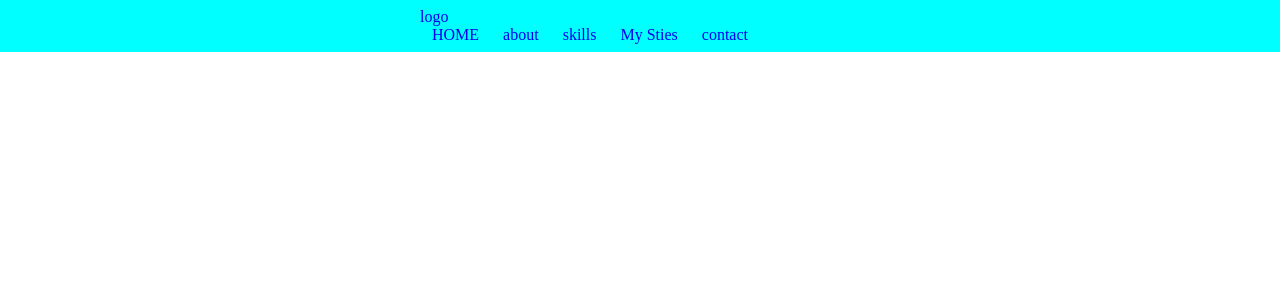
Repository: jun01270/jun
Page: index.html
These files come from the project's save history. The page is drawn as it stood at one moment and after the next save; the edit follows.
The browser window is 1280 px wide. The pictures show the whole page.

Above is the page before, as saved 2023-05-08 15:31:35.

### index.html
<!DOCTYPE html>
<html lang="en">
<head>
    <meta charset="UTF-8">
    <meta http-equiv="X-UA-Compatible" content="IE=edge">
    <meta name="viewport" content="width=device-width, initial-scale=1.0">
    <link rel="stylesheet" type="text/css" href="main.css">
    <title>Document</title>
</head>
<body>
    <nav class="navbar">
        <div class="max-width">
            <div class="logo"><a href="#home">logo</a></div>
            <ul class="menu-bar">
                <li><a href="#home" class="menu-btn" id="homeID">HOME</a></li>
                <li><a href="#about" class="menu-btn" id="homeID">about</a></li>
                <li><a href="#skills" class="menu-btn">skills</a></li>
                <li><a href="#my-sites" class="menu-btn">My Sties</a></li>
                <li><a href="#contact" class="menu-btn">contact</a></li>
            </ul>
        </div>
    </nav>
</body>
</html>

### main.css
*{
    margin: 0;
    padding: 0;
    box-sizing: border-box;
    text-decoration: none;
}

.home .about .skills .my-sites .contact{
    padding-top: 86px;
}

html{
    scroll-behavior: smooth;
}

.max-width{
    max-width: 1300px;
    padding: 0 20px;
    margin: auto;
}

.navbar{
    display: flex;
    justify-content: space-between;
    align-items: center;
    background-color: aqua;
    padding: 8px 12px;
}

.menu-bar{
    display: flex;
    list-style: none;
    padding-right:100px;
}

.menu-btn{
    text-decoration: none;
    padding:12px;
}

After the next save:
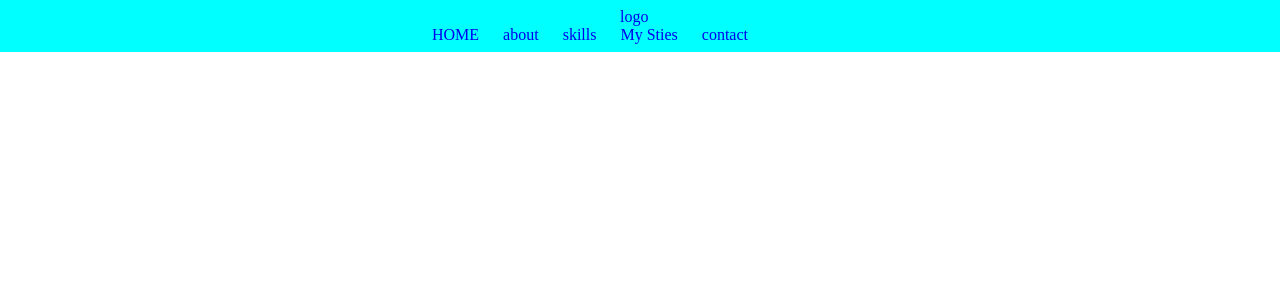
Saved 49 s later.
--- a/main.css
+++ b/main.css
@@ -27,6 +27,11 @@ html{
     padding: 8px 12px;
 }
 
+.logo{
+    padding-left:200px
+}
+
+
 .menu-bar{
     display: flex;
     list-style: none;

After the save that followed:
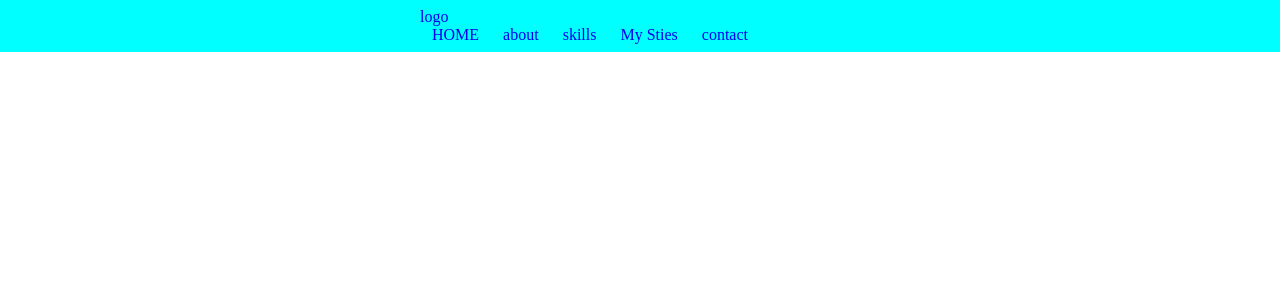
Saved 7 s later.
--- a/main.css
+++ b/main.css
@@ -28,7 +28,7 @@ html{
 }
 
 .logo{
-    padding-left:200px
+    padding-right:200px
 }
 
 
